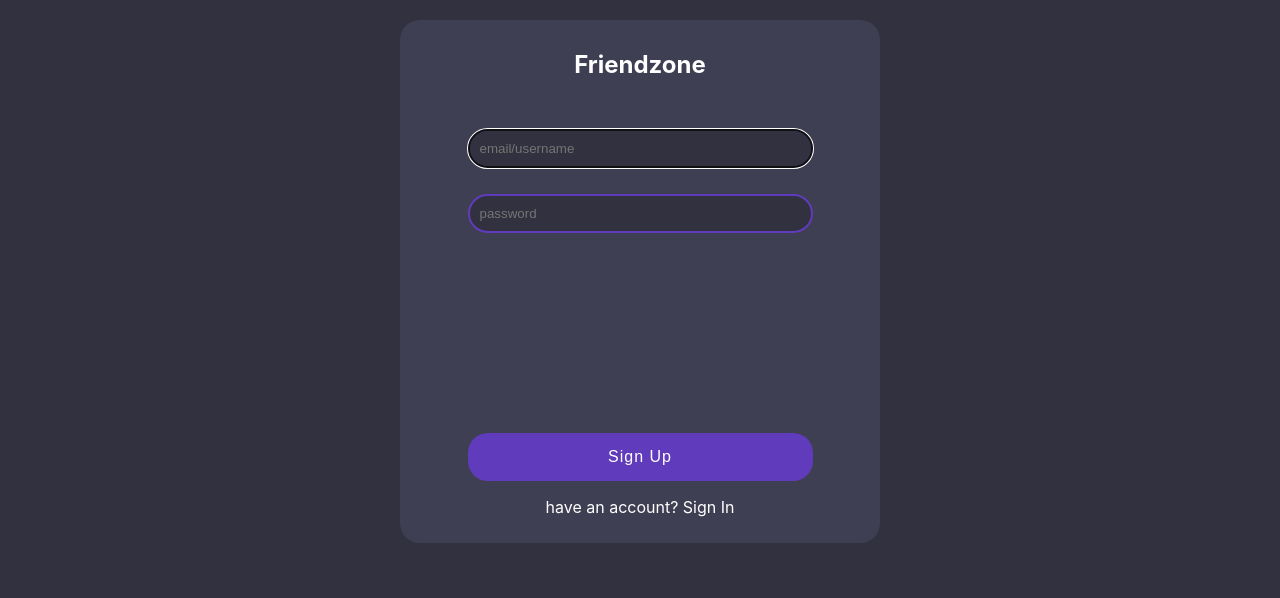
Repository: DerickT02/friend-zone
Page: /
An editor plug-in stored every save of this project. The page is shown before and after the next save, followed by the edit.
The browser window is 1280 px wide. The pictures show the whole page.
The project was rebuilt for these pictures with package versions that can differ from the ones it lists, and the page was loaded fresh each time. Also part of the build but not shown: src/Appreducer.js, src/GlobalState.js, src/Post.js, src/Homepage.js, src/fire.js.

Above is the page before, as saved 2021-07-07 08:04:34.

### src/index.js
import React from 'react';
import ReactDOM from 'react-dom';
import './index.css';
import App from './App';


ReactDOM.render(

    <App />,
  document.getElementById('root')
);

// If you want to start measuring performance in your app, pass a function
// to log results (for example: reportWebVitals(console.log))
// or send to an analytics endpoint. Learn more: https://bit.ly/CRA-vitals

### src/index.css
body {
  margin: 0;
  font-family: -apple-system, BlinkMacSystemFont, 'Segoe UI', 'Roboto', 'Oxygen',
    'Ubuntu', 'Cantarell', 'Fira Sans', 'Droid Sans', 'Helvetica Neue',
    sans-serif;
  -webkit-font-smoothing: antialiased;
  -moz-osx-font-smoothing: grayscale;
  background-color: rgb(49, 49, 63);

}

code {
  font-family: source-code-pro, Menlo, Monaco, Consolas, 'Courier New',
    monospace;
}

### src/App.js
import React, { Component, useState, useEffect } from 'react'
import { BrowserRouter, Switch, Link, Route, Redirect, Router} from 'react-router-dom'
import Login from './Login'
import Homepage from './Homepage'
import './App.css'

import fire from './fire'
import GlobalProvider from './GlobalState'

function App() {
  const [user, setUser] = useState('')
  const [email, setEmail] = useState('')
  const [password, setPassword] = useState('')
  const [emailError, setEmailError] = useState('')
  const [passwordError, setPasswordError] = useState('')
  const [hasAccount, setHasAccount] = useState(false)

const clearInputs = () => {
  setEmail('')
  setPassword('')
}

const clearErrors = () => {
  setEmailError('');
  setPasswordError('')
}

const handleLogin = () => {
  clearErrors()
  fire
  .auth()
  .signInWithEmailAndPassword(email, password)
  .catch(err => {
      switch(err.code){
          case 'auth/invalid-email':
          case 'auth/user-disabled':
          case 'auth/user-not-found':
              setEmailError(err.message)
              break;
          case 'auth/wrong-password':
              setPasswordError(err.message)
              break
      }
  })
}

const handleSignup = () => {
  clearErrors()
  fire
  .auth()
  .createUserWithEmailAndPassword(email, password)
  .catch(err => {
      switch(err.code){
          case 'auth/email-already-in-use':
          case 'auth/invalid-email':
          setEmailError(err.message);
          break;

          case 'auth/weak-password':
          setPasswordError(err.message)
      }
  })
}

const handleLogout = () => {
  fire
  .auth()
  .signOut()
}

const authListener = () => {
  fire.auth().onAuthStateChanged((user) => {
    if(user){
      clearInputs()
      setUser(user)
    }
    else {
        setUser('')
    }
  })
}

useEffect(() => {
  authListener()
}, [])

  return (
    <div className="App">
    {user ? (
      <BrowserRouter>
      <GlobalProvider>
      <Switch>
        <Route exact path = '/'><Redirect to = "/homepage"/></Route>
        <Route exact path = '/homepage'><Homepage handleLogout = {handleLogout}/></Route>
      </Switch>
      </GlobalProvider>
     </BrowserRouter>
    ) : (

      <BrowserRouter>
      <Switch>
      <Route exact path = '/homepage'><Redirect to = "/" /></Route>
        <Route><Login email = {email}
            setEmail = {setEmail}
            password = {password}
            setPassword={setPassword}
            handleLogin={handleLogin}
            handleSignup={handleSignup}
            hasAccount={hasAccount}
            setHasAccount={setHasAccount}
            emailError={emailError}
            passwordError={passwordError} /></Route>
      </Switch>
      </BrowserRouter>
    )}

    </div>
  );
}

export default App;

### src/Login.js
import React, { Component, useState, useEffect } from 'react'
import './Login.css'
import {Link} from 'react-router-dom'

const Login = (props) => {
    const {email, setEmail, password, setPassword, handleLogin, handleSignup, hasAccount, setHasAccount, emailError, passwordError} = props
    return (
        <section className = "login">
        <div className="loginContainer" >

<h1>Friendzone</h1>


<div className = 'inputContainer'>
<input placeholder = 'email/username' type ="text" autoFocus required value = {email} onChange={(e) => setEmail(e.target.value)}/>
<p className ="errorMsg">{emailError}</p>

<input placeholder = 'password' type ="password" required value = {password} onChange={(e) => setPassword(e.target.value)} />
<p className = "errorMsg">{passwordError}</p>
</div>

<div className="btnContainer">

    {hasAccount ? (
        <div>
       <button type = "submit" onClick = {handleLogin}>Sign in</button>
        <p>Don't have an account? <span onClick ={() => setHasAccount(!hasAccount)}>Sign Up</span></p>
        </div>
    ):(
        <div>
        <button type = "submit" onClick={handleSignup}>Sign Up</button>
        <p>have an account? <span onClick = {() => setHasAccount(!hasAccount)}>Sign In</span></p>
        </div>
    )}

</div>
</div>
</section>





    )
}


export default Login

### src/Login.css
* {
  box-sizing: border-box;
}


.login .loginContainer {
 background-color: rgb(63, 63, 83);
 padding: 10px;
 margin-left: 400px;
 margin-right:400px;
 margin-top: 20px ;
 color: white;
 border-radius: 20px;
}

.login .loginContainer .inputContainer{
  padding-top: 20px;
}

.login .loginContainer input {
  margin-top: 10px;
  border: 2px solid #603bbb;
  width: 75%;
  padding: 10px;
  background-color: rgb(49, 49, 63);
  border-radius: 20px;
  color: white;
}




.btnContainer {
  margin-top: 200px;
}


.btnContainer button {
  border: none;
  border-radius: 20px;
  outline: none;
  width: 75%;
  padding: 15px 0;
  color: #fff;
  font-size: 16px;
  letter-spacing: 1px;
  background: #603bbb;
  cursor: pointer;
}

Loaded but not shown: public/index.html (common file); src/App.css (common file)

After the next save:
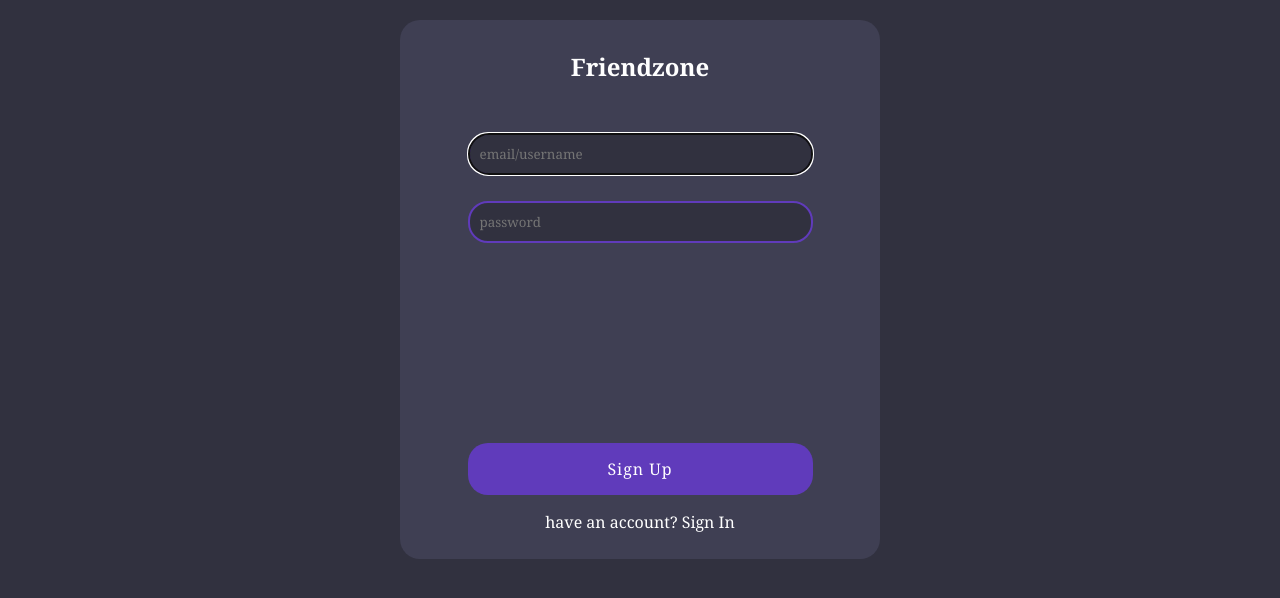
Saved 31 s later.
--- a/src/Login.css
+++ b/src/Login.css
@@ -1,5 +1,6 @@
 * {
   box-sizing: border-box;
+  font-family: Cambria, Cochin, Georgia, Times, 'Times New Roman', serif;
 }
 
 
